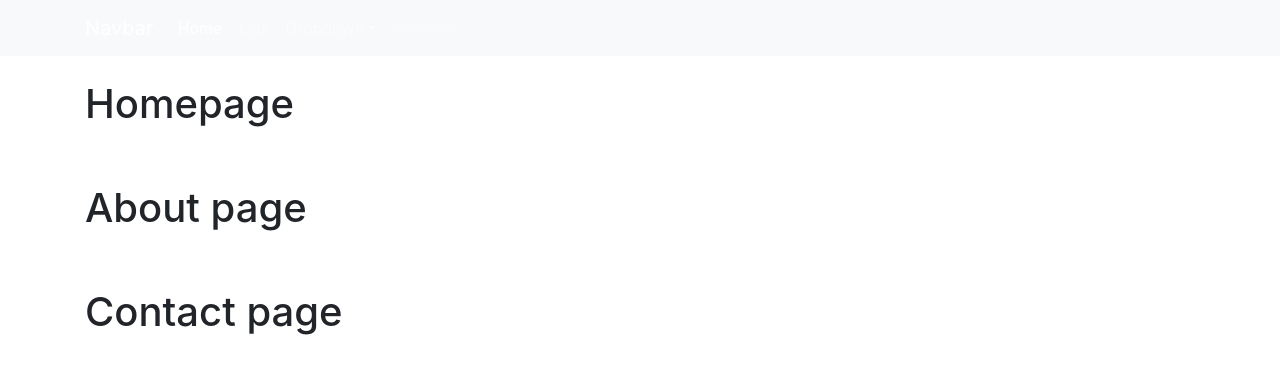
Repository: hardik2626/reactcrud2020
Page: /
An editor plug-in stored every save of this project. The page is shown before and after the next save, followed by the edit.
The browser window is 1280 px wide. The pictures show the whole page.
The project was rebuilt for these pictures with package versions that can differ from the ones it lists, and the page was loaded fresh each time. Also part of the build but not shown: src/index.css, src/App.css.

Above is the page before, as saved 2020-10-28 17:44:48.

After the next save:
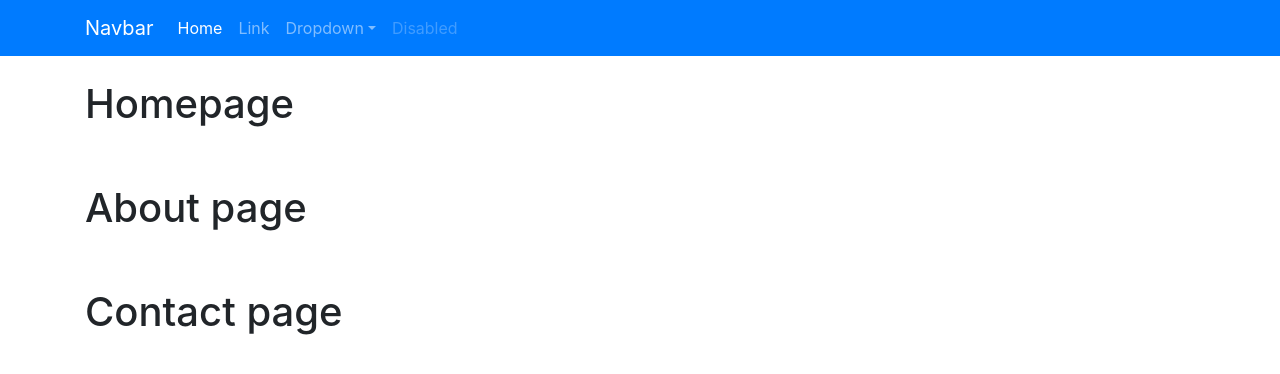
Saved 12 s later.
--- a/src/component/layout/Navbar.js
+++ b/src/component/layout/Navbar.js
@@ -3,7 +3,7 @@ import React from 'react'
 const Navbar = () => {
     return (
         <>
-            <nav class="navbar navbar-expand-lg navbar-dark bg-light">
+            <nav class="navbar navbar-expand-lg navbar-dark  bg-primary">
                 <div className="container">
                 <a class="navbar-brand" href="#">Navbar</a>
                     <button class="navbar-toggler" type="button" data-toggle="collapse" data-target="#navbarSupportedContent" aria-controls="navbarSupportedContent" aria-expanded="false" aria-label="Toggle navigation">
